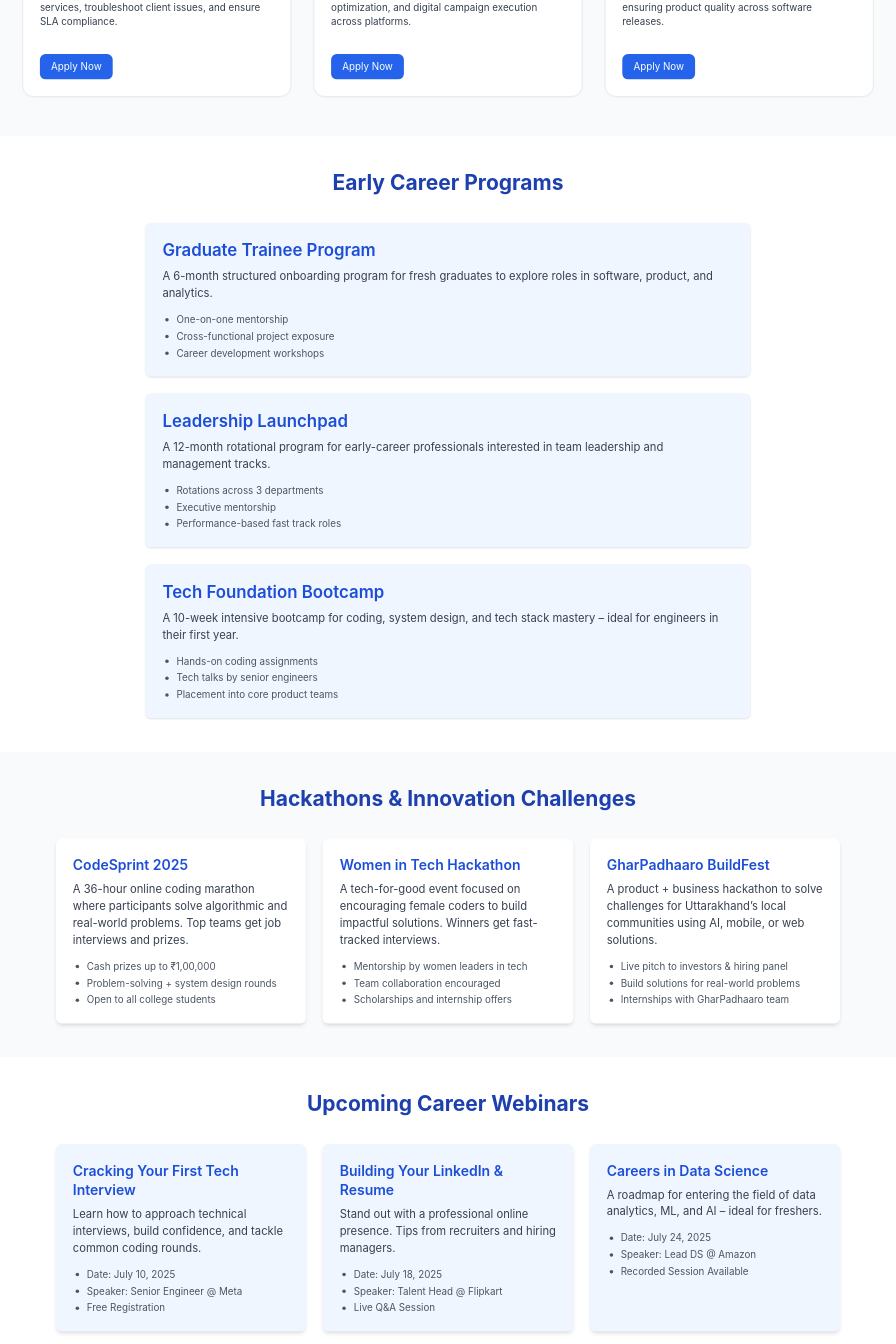
Repository: Siddharthkothiyal/GharPadhaaroCareerWebsite
Page: /#/students
These files come from the project's save history. The page is drawn as it stood at one moment and after the next save; the edit follows.
The browser window is 1280 px wide. The pictures show the part of the page from y = 1845 to 3765 px (the page is 5567 px tall before and 5581 px after), at 70% of full size.
The project was rebuilt for these pictures with package versions that can differ from the ones it lists, and the page was loaded fresh each time. Also part of the build but not shown: src/components/CareerPortal/JobListing/JobListings.css, src/components/CareerPortal/JobListing/JobListings.js, src/components/CareerPortal/Header.css, src/components/CareerPortal/ResumeUpload.css, src/components/CareerPortal/ResumeUpload.js, src/components/CareerPortal/Header.js, src/components/CareerPortal/JobListing/JobSearch.css, src/components/CareerPortal/JobListing/JobSearch.js and 10 more.

Above is the page before, as saved 2025-06-21 21:23:04.

After the next save:
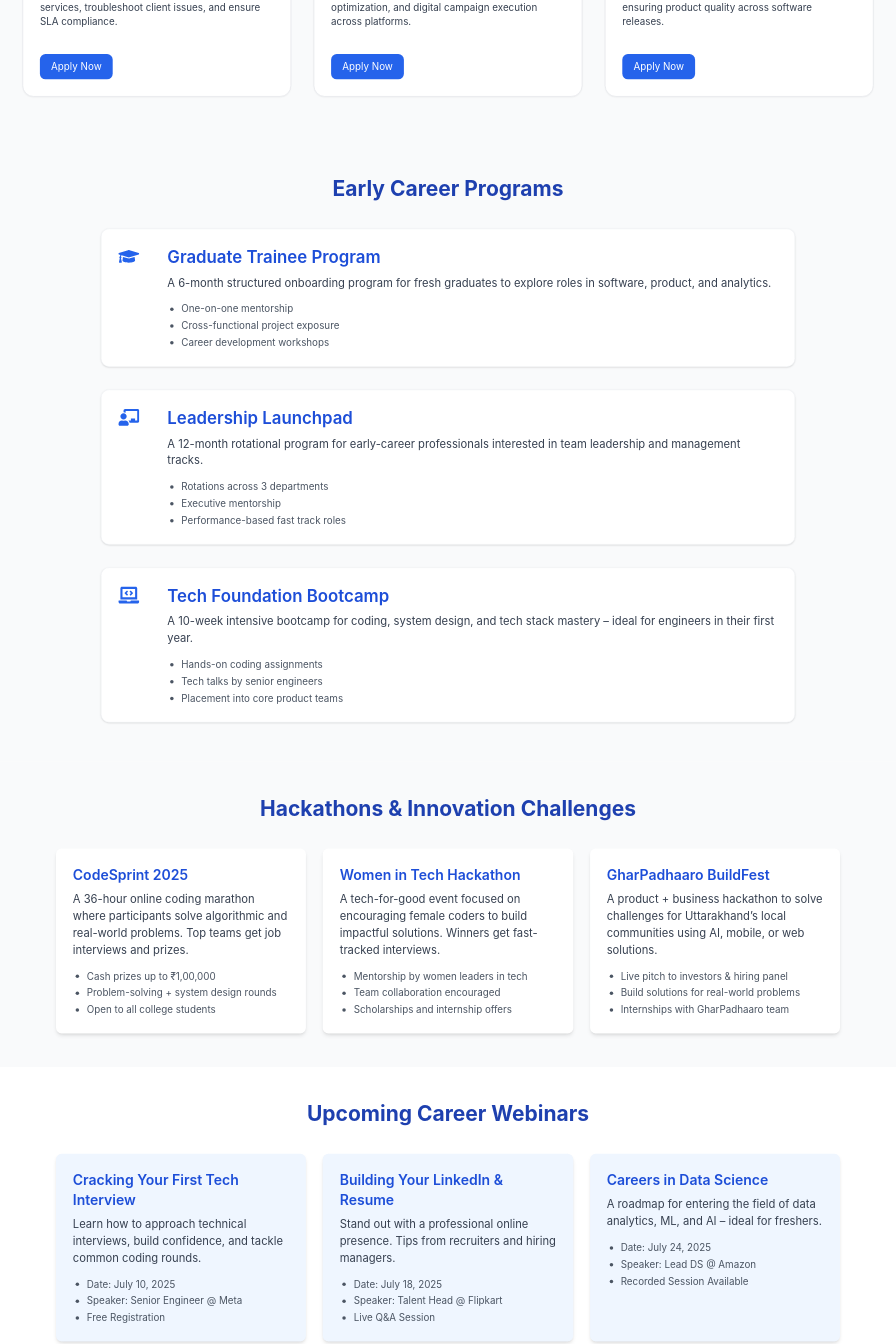
Saved 56 s later.
--- a/src/components/CareerPortal/StudentsPage/sections/EarlyCareers.js
+++ b/src/components/CareerPortal/StudentsPage/sections/EarlyCareers.js
@@ -1,58 +1,70 @@
 import React from "react";
+import { FaGraduationCap, FaChalkboardTeacher, FaLaptopCode } from "react-icons/fa";
+
+const programs = [
+  {
+    title: "Graduate Trainee Program",
+    icon: <FaGraduationCap className="text-blue-600 text-3xl" />,
+    description:
+      "A 6-month structured onboarding program for fresh graduates to explore roles in software, product, and analytics.",
+    points: [
+      "One-on-one mentorship",
+      "Cross-functional project exposure",
+      "Career development workshops",
+    ],
+  },
+  {
+    title: "Leadership Launchpad",
+    icon: <FaChalkboardTeacher className="text-blue-600 text-3xl" />,
+    description:
+      "A 12-month rotational program for early-career professionals interested in team leadership and management tracks.",
+    points: [
+      "Rotations across 3 departments",
+      "Executive mentorship",
+      "Performance-based fast track roles",
+    ],
+  },
+  {
+    title: "Tech Foundation Bootcamp",
+    icon: <FaLaptopCode className="text-blue-600 text-3xl" />,
+    description:
+      "A 10-week intensive bootcamp for coding, system design, and tech stack mastery – ideal for engineers in their first year.",
+    points: [
+      "Hands-on coding assignments",
+      "Tech talks by senior engineers",
+      "Placement into core product teams",
+    ],
+  },
+];
 
 const EarlyCareers = () => {
   return (
-    <section className="py-12 bg-white">
-      <div className="max-w-4xl mx-auto px-4">
+    <section className="py-14 bg-gray-50">
+      <div className="max-w-5xl mx-auto px-4">
         <h2 className="text-3xl font-bold text-center text-blue-800 mb-10">
           Early Career Programs
         </h2>
 
-        <div className="space-y-6">
-          {/* Card 1 */}
-          <div className="bg-blue-50 rounded-lg shadow p-6 hover:shadow-lg transition">
-            <h3 className="text-2xl font-semibold text-blue-700 mb-2">
-              Graduate Trainee Program
-            </h3>
-            <p className="text-gray-700 mb-4">
-              A 6-month structured onboarding program for fresh graduates to explore roles in software, product, and analytics.
-            </p>
-            <ul className="text-sm text-gray-600 list-disc pl-5 space-y-1">
-              <li>One-on-one mentorship</li>
-              <li>Cross-functional project exposure</li>
-              <li>Career development workshops</li>
-            </ul>
-          </div>
-
-          {/* Card 2 */}
-          <div className="bg-blue-50 rounded-lg shadow p-6 hover:shadow-lg transition">
-            <h3 className="text-2xl font-semibold text-blue-700 mb-2">
-              Leadership Launchpad
-            </h3>
-            <p className="text-gray-700 mb-4">
-              A 12-month rotational program for early-career professionals interested in team leadership and management tracks.
-            </p>
-            <ul className="text-sm text-gray-600 list-disc pl-5 space-y-1">
-              <li>Rotations across 3 departments</li>
-              <li>Executive mentorship</li>
-              <li>Performance-based fast track roles</li>
-            </ul>
-          </div>
-
-          {/* Card 3 */}
-          <div className="bg-blue-50 rounded-lg shadow p-6 hover:shadow-lg transition">
-            <h3 className="text-2xl font-semibold text-blue-700 mb-2">
-              Tech Foundation Bootcamp
-            </h3>
-            <p className="text-gray-700 mb-4">
-              A 10-week intensive bootcamp for coding, system design, and tech stack mastery – ideal for engineers in their first year.
-            </p>
-            <ul className="text-sm text-gray-600 list-disc pl-5 space-y-1">
-              <li>Hands-on coding assignments</li>
-              <li>Tech talks by senior engineers</li>
-              <li>Placement into core product teams</li>
-            </ul>
-          </div>
+        <div className="space-y-8">
+          {programs.map((program, index) => (
+            <div
+              key={index}
+              className="flex items-start gap-5 bg-white rounded-xl shadow hover:shadow-lg transition-all duration-300 p-6 border border-gray-100"
+            >
+              <div className="min-w-[50px]">{program.icon}</div>
+              <div>
+                <h3 className="text-2xl font-semibold text-blue-700 mb-2">
+                  {program.title}
+                </h3>
+                <p className="text-gray-700 mb-4">{program.description}</p>
+                <ul className="list-disc pl-5 text-gray-600 text-sm space-y-1">
+                  {program.points.map((point, idx) => (
+                    <li key={idx}>{point}</li>
+                  ))}
+                </ul>
+              </div>
+            </div>
+          ))}
         </div>
       </div>
     </section>
